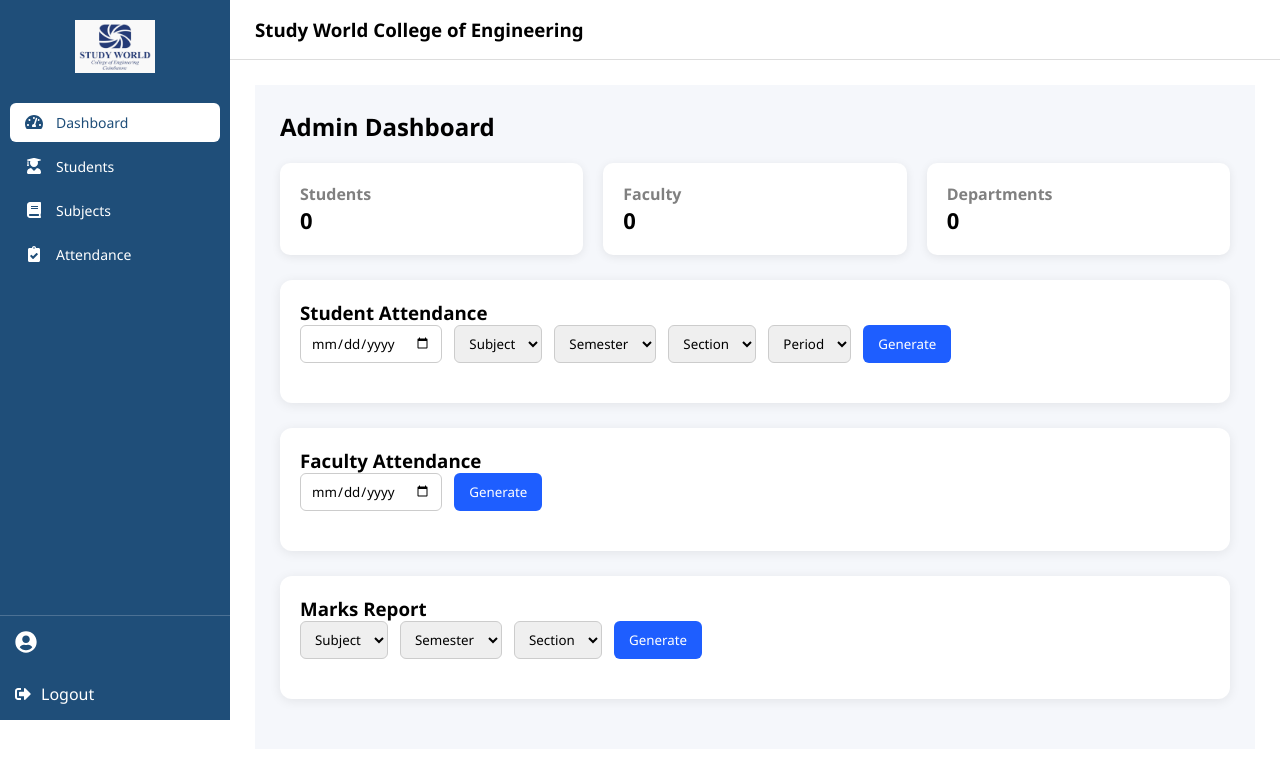
Repository: arthanarieswara/frontend
Page: /dashboard
These files come from the project's save history. The page is drawn as it stood at one moment and after the next save; the edit follows.
The browser window is 1280 px wide. The pictures show the whole page.
The page's requests for data from a server got no answer. The project was rebuilt for these pictures with package versions that can differ from the ones it lists, and the page was loaded fresh each time. No one was signed in, and anything a server would have sent is missing. Also part of the build but not shown: vite.config.js, src/pages/auth/Login.jsx, src/pages/departments/Departments.css, src/pages/departments/Departments.jsx, src/pages/students/Students.css, src/pages/students/Students.jsx, src/pages/faculty/Faculty.css, src/pages/faculty/Faculty.jsx and 11 more.

Above is the page before, as saved 2026-04-08 16:59:24.

### index.html
<!doctype html>
<html lang="en">
  <head>
    <meta charset="UTF-8" />
    <link rel="icon" type="image/svg+xml" href="/college-logo.png" />
    <meta name="viewport" content="width=device-width, initial-scale=1.0" />
    <title>SWMS</title>
  </head>
  <body>
    <div id="root"></div>
    <script type="module" src="/src/main.jsx"></script>
  </body>
</html>

### src/App.jsx
import AppRoutes from "./routes/AppRoutes";

function App() {
  return <AppRoutes />;
}

export default App;

### src/routes/AppRoutes.jsx
import { BrowserRouter, Routes, Route } from "react-router-dom";

import Login from "../pages/auth/Login";
import Dashboard from "../pages/dashboard/Dashboard";
import Departments from "../pages/departments/Departments";
import Students from "../pages/students/Students";
import Faculty from "../pages/faculty/Faculty";
import Subjects from "../pages/Subjects/Subjects";
import Attendance from "../pages/Attendance/Attendance";
import Users from "../pages/users/Users";
import UserMapping from "../pages/UserMapping/UserMapping"; // ✅ NEW
import FacultyAttendance from "../pages/faculty/FacultyAttendance";
import Marks from "../pages/marks/Marks";
function AppRoutes() {
  return (
    <BrowserRouter>
      <Routes>
        <Route path="/" element={<Login />} />
        <Route path="/dashboard" element={<Dashboard />} />
        <Route path="/departments" element={<Departments />} />
        <Route path="/students" element={<Students />} />
        <Route path="/faculty" element={<Faculty />} />
        <Route path="/subjects" element={<Subjects />} />
        <Route path="/attendance" element={<Attendance />} />
        <Route path="/users" element={<Users />} />
        <Route path="/faculty-attendance" element={<FacultyAttendance />} />

        {/* ✅ NEW ROUTE */}
        <Route path="/mapping" element={<UserMapping />} />
        <Route path="/marks" element={<Marks />} />
      </Routes>
    </BrowserRouter>
  );
}

export default AppRoutes;

### src/pages/dashboard/Dashboard.jsx
import { useEffect, useState } from "react";
import Layout from "../../components/Layout";
import api from "../../api/api";
import "./Dashboard.css";

function Dashboard() {

  const [data, setData] = useState({
    students: 0,
    faculty: 0,
    departments: 0,
  });

  const [subjects, setSubjects] = useState([]);

  /* ================= STUDENT ================= */
  const [sDate, setSDate] = useState("");
  const [subject, setSubject] = useState("");
  const [semester, setSemester] = useState("");
  const [section, setSection] = useState("");
  const [period, setPeriod] = useState("");
  const [studentSummary, setStudentSummary] = useState(null);

  /* ================= FACULTY ================= */
  const [fDate, setFDate] = useState("");
  const [facultySummary, setFacultySummary] = useState([]);
  const [facultyTotal, setFacultyTotal] = useState(0);

  /* ================= MARKS ================= */
  const [marksSummary, setMarksSummary] = useState(null);
  const [mSemester, setMSemester] = useState("");
  const [mSection, setMSection] = useState("");
  const [mSubject, setMSubject] = useState("");

  useEffect(() => {
    fetchDashboard();
    fetchSubjects();
  }, []);

  const fetchDashboard = async () => {
    const res = await api.get("/dashboard/admin");
    setData(res.data);
  };

  const fetchSubjects = async () => {
    const res = await api.get("/subjects");
    setSubjects(res.data || []);
  };

  /* ================= STUDENT REPORT ================= */

  const getStudentReport = async () => {
    if (!sDate) return alert("Select date");

    let url = `/attendance/summary?date=${sDate}`;

    if (subject) url += `&subject_id=${subject}`;
    if (period) url += `&period=${period}`;
    if (semester) url += `&semester=${semester}`;
    if (section) url += `&section=${section}`;

    const res = await api.get(url);
    setStudentSummary(res.data);
  };

  /* ================= FACULTY REPORT ================= */

  const getFacultyReport = async () => {
    if (!fDate) return alert("Select date");

    const res = await api.get(
      `/faculty-attendance/summary?date=${fDate}`
    );

    setFacultySummary(res.data.statusSummary);
    setFacultyTotal(res.data.total);
  };

  /* ================= MARKS REPORT ================= */

  const getMarksReport = async () => {
    if (!mSemester || !mSubject) {
      return alert("Select semester & subject");
    }

    let url = `/marks/report?semester=${mSemester}&subject_id=${mSubject}`;

    if (mSection) url += `&section=${mSection}`;

    const res = await api.get(url);
    setMarksSummary(res.data);
  };

  return (
    <Layout>
      <div className="dashboard">

        <h2 className="dashboard-title">Admin Dashboard</h2>

        {/* ================= STATS ================= */}
        <div className="stats-grid">

          <div className="stat-card">
            <h4>Students</h4>
            <p>{data.students}</p>
          </div>

          <div className="stat-card">
            <h4>Faculty</h4>
            <p>{data.faculty}</p>
          </div>

          <div className="stat-card">
            <h4>Departments</h4>
            <p>{data.departments}</p>
          </div>

        </div>

        {/* ================= STUDENT SECTION ================= */}
        <div className="section-card">

          <h3>Student Attendance</h3>

          <div className="filters">

            <input
              type="date"
              value={sDate}
              onChange={(e) => setSDate(e.target.value)}
            />

            <select value={subject} onChange={(e) => setSubject(e.target.value)}>
              <option value="">Subject</option>
              {subjects.map((s) => (
                <option key={s.id} value={s.id}>{s.name}</option>
              ))}
            </select>

            <select value={semester} onChange={(e) => setSemester(e.target.value)}>
              <option value="">Semester</option>
              {[1,2,3,4,5,6,7,8].map(s => (
                <option key={s} value={s}>Sem {s}</option>
              ))}
            </select>

            <select value={section} onChange={(e) => setSection(e.target.value)}>
              <option value="">Section</option>
              <option value="A">A</option>
              <option value="B">B</option>
            </select>

            <select value={period} onChange={(e) => setPeriod(e.target.value)}>
              <option value="">Period</option>
              {[1,2,3,4,5,6,7,8].map(p => (
                <option key={p} value={p}>P{p}</option>
              ))}
            </select>

            <button onClick={getStudentReport}>Generate</button>

          </div>

          {studentSummary && (
            <div className="report-grid">

              <div className="report-card present">
                <h4>Present</h4>
                <p>{studentSummary?.data?.present_count}</p>
              </div>

              <div className="report-card absent">
                <h4>Absent</h4>
                <p>{studentSummary?.data?.absent_count}</p>
              </div>

              <div className="report-card total">
                <h4>Total</h4>
                <p>{studentSummary?.data?.total_students}</p>
              </div>

            </div>
          )}

        </div>

        {/* ================= FACULTY SECTION ================= */}
        <div className="section-card">

          <h3>Faculty Attendance</h3>

          <div className="filters">

            <input
              type="date"
              value={fDate}
              onChange={(e) => setFDate(e.target.value)}
            />

            <button onClick={getFacultyReport}>Generate</button>

          </div>

          {facultySummary.length > 0 && (
            <div className="report-grid">

              {facultySummary.map((f, i) => (
                <div className="report-card" key={i}>
                  <h4>{f.status}</h4>
                  <p>{f.count}</p>
                </div>
              ))}

              <div className="report-card total">
                <h4>Total</h4>
                <p>{facultyTotal}</p>
              </div>

            </div>
          )}

        </div>

        {/* ================= MARKS SECTION ================= */}
        <div className="section-card">

          <h3>Marks Report</h3>

          <div className="filters">

            <select value={mSubject} onChange={(e) => setMSubject(e.target.value)}>
              <option value="">Subject</option>
              {subjects.map((s) => (
                <option key={s.id} value={s.id}>{s.name}</option>
              ))}
            </select>

            <select value={mSemester} onChange={(e) => setMSemester(e.target.value)}>
              <option value="">Semester</option>
              {[1,2,3,4,5,6,7,8].map(s => (
                <option key={s} value={s}>Sem {s}</option>
              ))}
            </select>

            <select value={mSection} onChange={(e) => setMSection(e.target.value)}>
              <option value="">Section</option>
              <option value="A">A</option>
              <option value="B">B</option>
            </select>

            <button onClick={getMarksReport}>Generate</button>

          </div>

          {marksSummary && (
            <div className="report-grid">

              <div className="report-card">
                <h4>Average</h4>
                <p>{marksSummary.average}</p>
              </div>

              <div className="report-card">
                <h4>Highest</h4>
                <p>{marksSummary.highest}</p>
              </div>

              <div className="report-card">
                <h4>Lowest</h4>
                <p>{marksSummary.lowest}</p>
              </div>

              <div className="report-card total">
                <h4>Total Students</h4>
                <p>{marksSummary.total}</p>
              </div>

            </div>
          )}

        </div>

      </div>
    </Layout>
  );
}

export default Dashboard;

### src/api/api.js
import axios from "axios";

const api = axios.create({
  baseURL: "http://localhost:5000/api",
});

/* ✅ Attach token automatically */
api.interceptors.request.use((config) => {
  const token = localStorage.getItem("token");

  if (token) {
    config.headers.Authorization = `Bearer ${token}`;
  }

  return config;
});

export default api;

### src/pages/auth/Login.css
*{
  margin:0;
  padding:0;
  box-sizing:border-box;
  font-family:"Segoe UI",sans-serif;
}

/* ANIMATED BACKGROUND */

.login-wrapper{
  height:100vh;
  display:flex;
  justify-content:center;
  align-items:center;
  background:linear-gradient(270deg,#0f4c81,#3a8bfd,#1a6ed8);
  background-size:600% 600%;
  animation:gradientBG 10s ease infinite;
}

@keyframes gradientBG{
  0%{background-position:0% 50%}
  50%{background-position:100% 50%}
  100%{background-position:0% 50%}
}

/* LOGIN CARD */

.login-card{
  width:420px;
  padding:40px;
  border-radius:12px;
  background:rgba(255,255,255,0.15);
  backdrop-filter:blur(15px);
  box-shadow:0 15px 40px rgba(0,0,0,0.3);
  text-align:center;
  color:white;
}

/* COLLEGE HEADER */

.college-logo{
  width:70px;
  margin-bottom:10px;
}

.college-header h1{
  font-size:20px;
  margin-bottom:5px;
}

.college-header p{
 font-size:13px;
  opacity:0.9;
}

.college-header span{
  font-size:12px;
  opacity:0.8;
}

.college-header{
  margin-bottom:30px;
}

/* INPUT GROUP */

.input-group{

  position:relative;
  margin-bottom:20px;
}

.input-group input{
  width:100%;
  padding:12px;
  border:none;
  border-radius:6px;
  outline:none;
  font-size:14px;
}

/* FLOATING LABEL */

.input-group label{
  position:absolute;
  left:12px;
  top:50%;
  transform:translateY(-50%);
  color:#000000;
  font-size:14px;
  pointer-events:none;
  transition:0.3s;
}

.input-group input:focus + label,
.input-group input:not(:placeholder-shown) + label{
  top:-8px;
  /* background:white; */
  padding:0 5px;
  font-size:15px;
  color:white;
}

/* PASSWORD ICON */

.password-group{
 position:relative;
}

.eye-icon{
  position:absolute;
  right:10px;
  top:50%;
  transform:translateY(-50%);
  cursor:pointer;
  color:#444;
}

/* BUTTON */

.login-btn{
  width:100%;
  padding:12px;
  border:none;
  border-radius:6px;
  background:white;
  color:#0f4c81;
  font-size:16px;
  font-weight:bold;
  cursor:pointer;
  transition:all 0.3s;
}

.login-btn:hover{
  transform:translateY(-2px);
  box-shadow:0 5px 15px rgba(0,0,0,0.3);
}

### src/components/Layout.jsx
import { useState } from "react";
import Sidebar from "./Sidebar";
import Navbar from "./Navbar";

function Layout({ children }) {

  const [collapsed,setCollapsed] = useState(false);

  return (

    <div style={{display:"flex"}}>

      <Sidebar collapsed={collapsed} />

      <div style={{flex:1}}>

        <Navbar toggleSidebar={()=>setCollapsed(!collapsed)} />

        <div style={{padding:"25px"}}>
          {children}
        </div>

      </div>

    </div>

  );

}

export default Layout;

### src/pages/dashboard/Dashboard.css
/* PAGE */
.dashboard {
  padding: 25px;
  background: #f5f7fb;
}

.dashboard-title {
  margin-bottom: 20px;
}

/* ================= STATS ================= */

.stats-grid {
  display: flex;
  gap: 20px;
  margin-bottom: 25px;
}

.stat-card {
  flex: 1;
  background: white;
  padding: 20px;
  border-radius: 10px;
  box-shadow: 0 2px 10px rgba(0,0,0,0.08);
}

.stat-card h4 {
  color: gray;
}

.stat-card p {
  font-size: 22px;
  font-weight: bold;
}

/* ================= SECTION ================= */

.section-card {
  background: white;
  padding: 20px;
  border-radius: 12px;
  margin-bottom: 25px;
  box-shadow: 0 2px 12px rgba(0,0,0,0.08);
}

/* ================= FILTER ================= */

.filters {
  display: flex;
  gap: 10px;
  flex-wrap: wrap;
  margin-bottom: 15px;
}

.filters input,
.filters select {
  padding: 8px;
  border-radius: 6px;
  border: 1px solid #ccc;
}

.filters button {
  background: #1e5eff;
  color: white;
  border: none;
  padding: 8px 14px;
  border-radius: 6px;
  cursor: pointer;
}

.filters button:hover {
  background: #1748c7;
}

/* ================= REPORT ================= */

.report-grid {
  display: flex;
  gap: 15px;
  flex-wrap: wrap;
}

.report-card {
  flex: 1;
  min-width: 120px;
  padding: 15px;
  border-radius: 10px;
  background: #eef2ff;
  text-align: center;
}

.report-card.present {
  background: #d4edda;
}

.report-card.absent {
  background: #f8d7da;
}

.report-card.total {
  background: #1e5eff;
  color: white;
}

### src/pages/marks/Marks.css
.marks-page {
  padding: 25px;
  background: #f5f7fb;
}

h2 {
  margin-bottom: 20px;
}

/* FILTERS */
.filters {
  display: flex;
  gap: 12px;
  flex-wrap: wrap;
  margin-bottom: 20px;
}

.filters select,
.filters input {
  padding: 8px 10px;
  border-radius: 6px;
  border: 1px solid #ccc;
}

.filters button {
  background: #1e5eff;
  color: white;
  border: none;
  padding: 8px 15px;
  border-radius: 6px;
  cursor: pointer;
}

.filters button:hover {
  background: #1748c7;
}

/* TABLE */
.marks-table {
  width: 100%;
  border-collapse: collapse;
  background: white;
  border-radius: 10px;
  overflow: hidden;
}

.marks-table th {
  background: #1e5eff;
  color: white;
  padding: 12px;
}

.marks-table td {
  padding: 10px;
  border-bottom: 1px solid #eee;
}

.marks-table input {
  width: 80px;
  padding: 5px;
  border-radius: 4px;
  border: 1px solid #ccc;
}

/* BUTTON */
.save-btn {
  margin-top: 20px;
  padding: 10px 20px;
  background: #16a34a;
  color: white;
  border: none;
  border-radius: 6px;
  cursor: pointer;
}

.save-btn:hover {
  background: #15803d;
}

### src/components/Sidebar.jsx
import { NavLink, useNavigate } from "react-router-dom";
import {
  FaTachometerAlt,
  FaUniversity,
  FaUserGraduate,
  FaChalkboardTeacher,
  FaBook,
  FaClipboardCheck,
  FaSignOutAlt,
  FaUserCircle,
  FaUsers,
  FaProjectDiagram,

} from "react-icons/fa";

import "./Sidebar.css";

function Sidebar({ collapsed }) {
  const navigate = useNavigate();

  const user = JSON.parse(localStorage.getItem("user"));
  const role = user?.role;

  const handleLogout = () => {
    localStorage.removeItem("token");
    localStorage.removeItem("user");
    navigate("/");
  };

  return (
    <div className="main-content">
      <div className={`sidebar ${collapsed ? "collapsed" : ""}`}>
        <div className="sidebar-header">
          <img src="/college-logo.png" className="sidebar-logo" />
        </div>

        <nav className="menu">
          {/* COMMON (ADMIN + FACULTY) */}
          <NavLink to="/dashboard" className="menu-item">
            <FaTachometerAlt />
            <span>Dashboard</span>
          </NavLink>

          <NavLink to="/students" className="menu-item">
            <FaUserGraduate />
            <span>Students</span>
          </NavLink>

          <NavLink to="/subjects" className="menu-item">
            <FaBook />
            <span>Subjects</span>
          </NavLink>

          <NavLink to="/attendance" className="menu-item">
            <FaClipboardCheck />
            <span>Attendance</span>
          </NavLink>

          {/* ADMIN ONLY */}
          {role === "Admin" && (
            <>
              <NavLink to="/departments" className="menu-item">
                <FaUniversity />
                <span>Departments</span>
              </NavLink>

              <NavLink to="/faculty" className="menu-item">
                <FaChalkboardTeacher />
                <span>Faculty</span>
              </NavLink>

              <NavLink to="/users" className="menu-item">
                <FaUsers />
                <span>Users</span>
              </NavLink>

              <NavLink to="/mapping" className="menu-item">
                <FaProjectDiagram />
                <span>Mapping</span>
              </NavLink>

              <NavLink to="/faculty-attendance" className="menu-item">
                <FaClipboardCheck />
                <span>Faculty Attendance</span>
              </NavLink>

              <NavLink to="/marks" className="menu-item">
                <FaClipboardCheck />
                <span>Marks</span>
              </NavLink>


            </>
          )}
        </nav>

        {/* PROFILE + LOGOUT */}

        <div className="bottom-section">
          <div className="profile">
            <FaUserCircle className="profile-icon" />
            <span>{role}</span>
          </div>

          <div className="logout" onClick={handleLogout}>
            <FaSignOutAlt />
            <span>Logout</span>
          </div>
        </div>
      </div>
    </div>
  );
}

export default Sidebar;

### src/components/Navbar.jsx
import { FaBars } from "react-icons/fa";
import "./Navbar.css";

function Navbar({ toggleSidebar }) {

    return (

        <div className="navbar">

            {/* <FaBars className="toggle-btn" onClick={toggleSidebar} /> */}

            <h3>Study World College of Engineering</h3>

        </div>

    )

}

export default Navbar;

### src/components/Sidebar.css
.sidebar {
  width: 230px;
  height: 100vh;
  background: #1f4e79;
  color: white;
  display: flex;
  flex-direction: column;
  justify-content: space-between;
  position: fixed;
  left: 0;
  top: 0;
}

/* HEADER */

.sidebar-header {
  display: flex;
  justify-content: center;
  align-items: center;
  padding: 20px 10px;
}

.sidebar-logo {
  width: 80px;
  object-fit: contain;
}

/* MENU */

.menu {
  display: flex;
  flex-direction: column;
  gap: 5px;
  padding: 10px;
}

/* MENU ITEM */

.menu-item {
  display: flex;
  align-items: center;
  gap: 12px;
  padding: 10px 14px;
  color: white;
  text-decoration: none;
  border-radius: 6px;
  transition: 0.3s;
  font-size: 14px;
}

.menu-item svg {
  font-size: 16px;
  min-width: 20px;
}

.menu-item:hover {
  background: rgba(255, 255, 255, 0.15);
}

.menu-item.active {
  background: white;
  color: #1f4e79;
}

/* PUSH BOTTOM SECTION DOWN */

.bottom-section {
  margin-top: auto;
}

/* PROFILE */

.profile {
  display: flex;
  align-items: center;
  gap: 10px;
  padding: 15px;
  border-top: 1px solid rgba(255, 255, 255, 0.2);
}

.profile-icon {
  font-size: 22px;
}

/* LOGOUT */

.logout {
  display: flex;
  align-items: center;
  gap: 10px;
  padding: 15px;
  cursor: pointer;
  transition: 0.3s;
}

.logout:hover {
  background: rgba(255, 0, 0, 0.2);
}

.main-content {
  margin-left: 190px; /* SAME AS SIDEBAR WIDTH */
  padding: 20px;
}

### src/components/Navbar.css
.navbar{
  height:60px;
  background:white;
  border-bottom:1px solid #ddd;
  display:flex;
  align-items:center;
  padding:0 25px;
}

Loaded but not shown: src/main.jsx (common file)

After the next save:
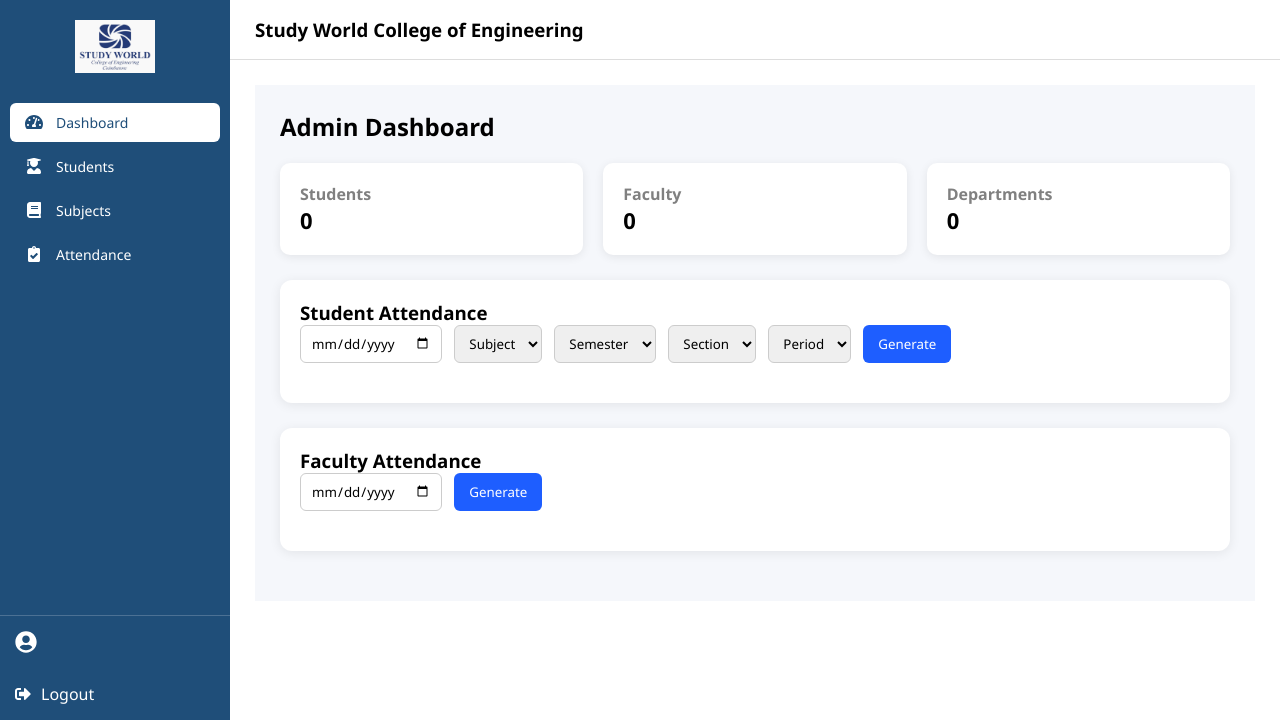
Saved 13 min 38 s later.
--- a/src/pages/dashboard/Dashboard.jsx
+++ b/src/pages/dashboard/Dashboard.jsx
@@ -222,63 +222,7 @@ function Dashboard() {
         </div>
 
         {/* ================= MARKS SECTION ================= */}
-        <div className="section-card">
-
-          <h3>Marks Report</h3>
-
-          <div className="filters">
-
-            <select value={mSubject} onChange={(e) => setMSubject(e.target.value)}>
-              <option value="">Subject</option>
-              {subjects.map((s) => (
-                <option key={s.id} value={s.id}>{s.name}</option>
-              ))}
-            </select>
-
-            <select value={mSemester} onChange={(e) => setMSemester(e.target.value)}>
-              <option value="">Semester</option>
-              {[1,2,3,4,5,6,7,8].map(s => (
-                <option key={s} value={s}>Sem {s}</option>
-              ))}
-            </select>
-
-            <select value={mSection} onChange={(e) => setMSection(e.target.value)}>
-              <option value="">Section</option>
-              <option value="A">A</option>
-              <option value="B">B</option>
-            </select>
-
-            <button onClick={getMarksReport}>Generate</button>
-
-          </div>
-
-          {marksSummary && (
-            <div className="report-grid">
-
-              <div className="report-card">
-                <h4>Average</h4>
-                <p>{marksSummary.average}</p>
-              </div>
-
-              <div className="report-card">
-                <h4>Highest</h4>
-                <p>{marksSummary.highest}</p>
-              </div>
-
-              <div className="report-card">
-                <h4>Lowest</h4>
-                <p>{marksSummary.lowest}</p>
-              </div>
-
-              <div className="report-card total">
-                <h4>Total Students</h4>
-                <p>{marksSummary.total}</p>
-              </div>
-
-            </div>
-          )}
-
-        </div>
+
 
       </div>
     </Layout>
